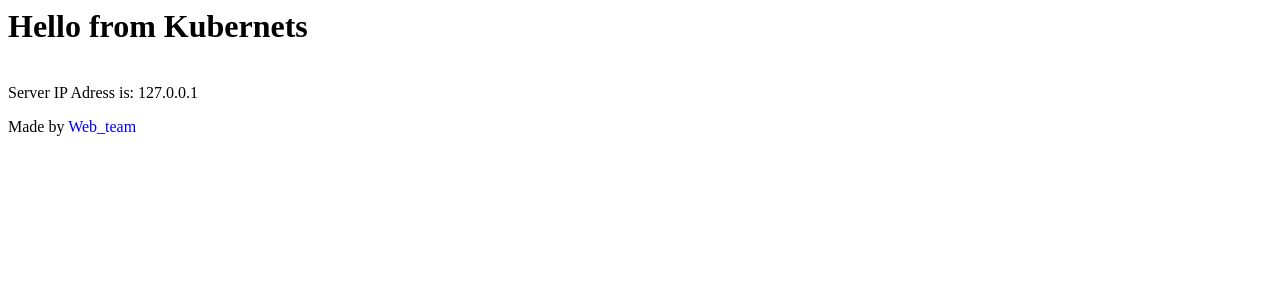
Repository: ISkliarov/Kubernetes
Page: http://localhost/
The author's editor kept a copy of each file at every save. The page is drawn from the files as they stood at one save, then again after the next save.
The browser window is 1280 px wide. The pictures show the whole page.
The page is run by PHP 8.4 with error messages shown; the project is at /var/www/html/.

Above is the page before, as saved 2023-08-21 17:27:02.

After the next save:
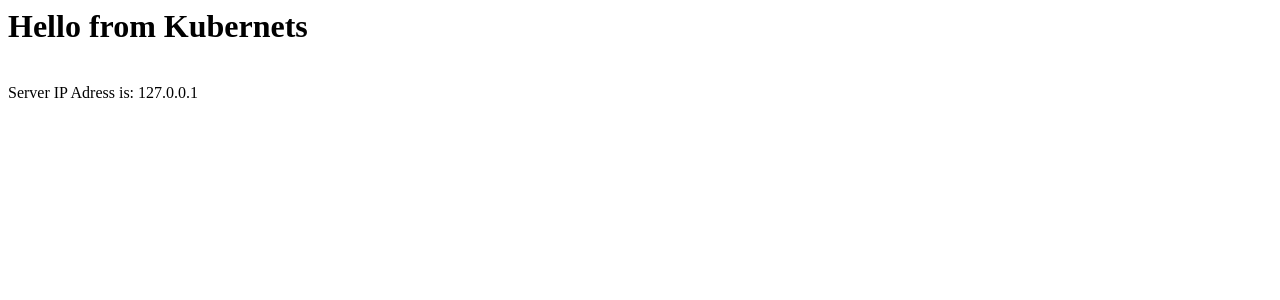
Saved 4 min 3 s later.
--- a/Dockerfile/index.php
+++ b/Dockerfile/index.php
@@ -3,5 +3,5 @@ $ip_server = $_SERVER['SERVER_ADDR'];
 
 echo "<h1>Hello from Kubernets</h1><br>";
 echo "Server IP Adress is: $ip_server", "<br><p>";
-echo "Made by <font color=blue>Web_team";
+
 ?>
